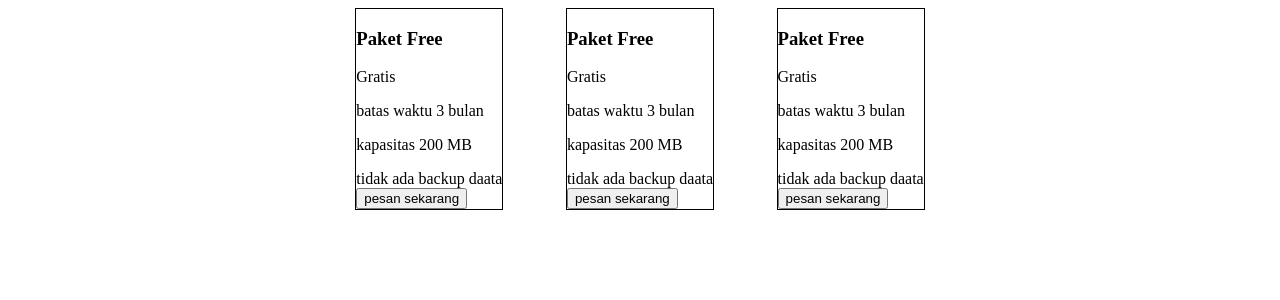
Repository: AHSANS354/tugas-sib5
Page: tugas css/index.html
The author's editor kept a copy of each file at every save. The page is drawn from the files as they stood at one save, then again after the next save.
The browser window is 1280 px wide. The pictures show the whole page.

Above is the page before, as saved 2023-08-29 15:01:26.

After the next save:
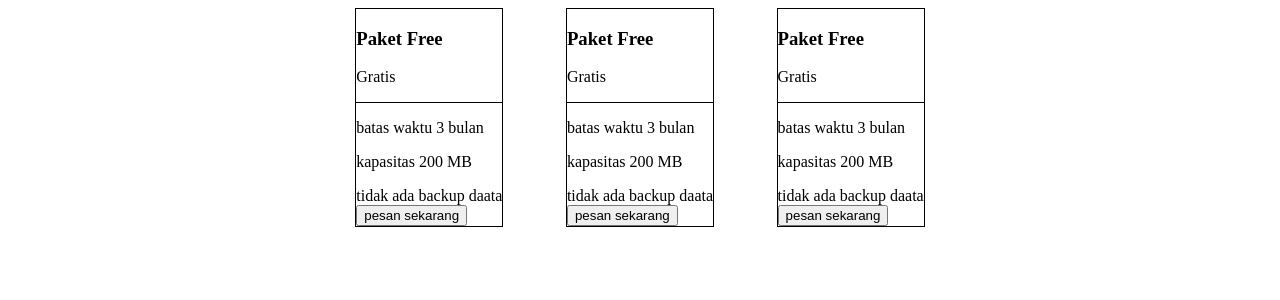
Saved 41 s later.
--- a/tugas css/style.css
+++ b/tugas css/style.css
@@ -23,3 +23,7 @@ td {
   display: flex;
   justify-content: space-around;
 }
+
+.header {
+  border-bottom: 1px solid black;
+}
